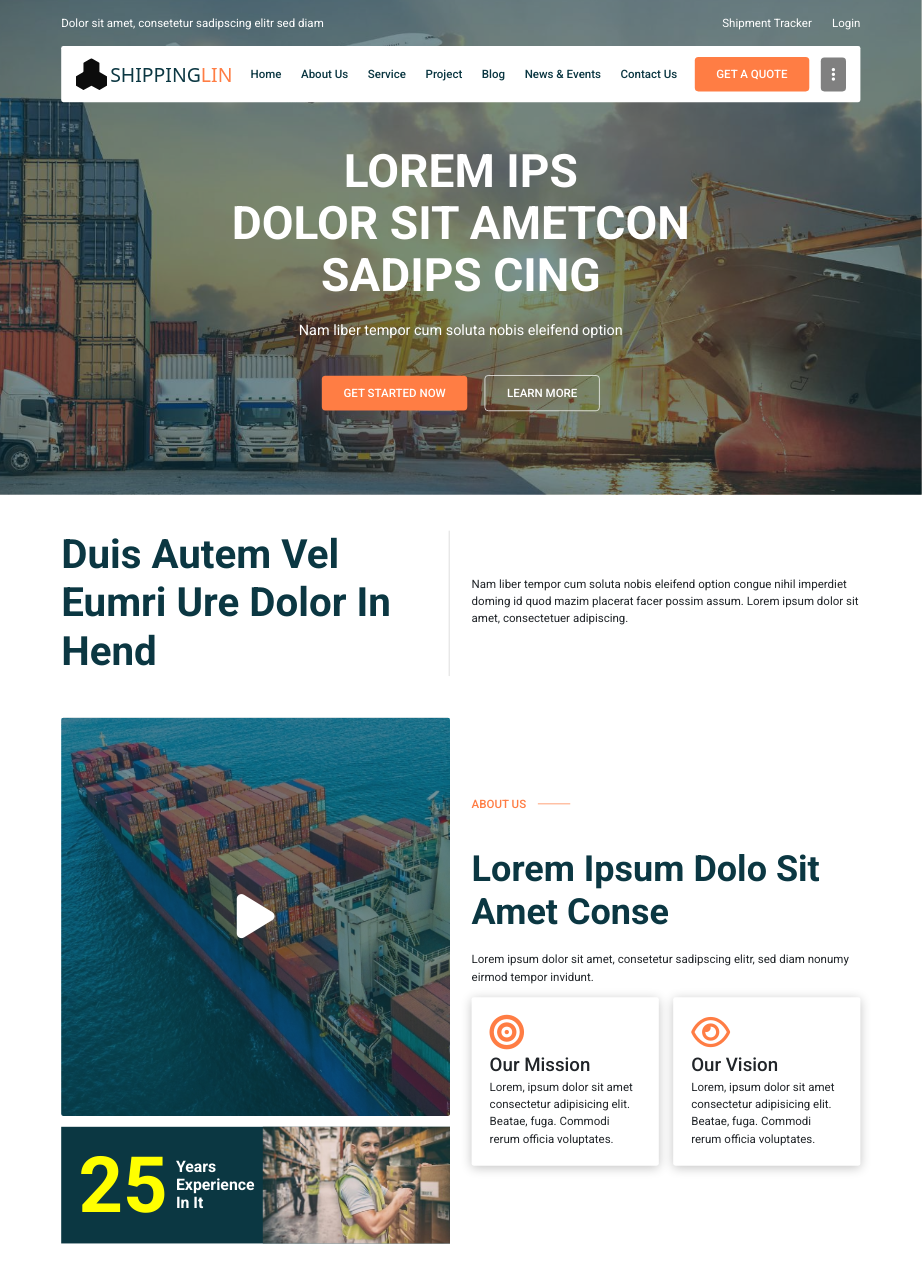
Repository: nazmulalok/shipping-template
Page: index.html
The author's editor kept a copy of each file at every save. The page is drawn from the files as they stood at one save, then again after the next save.
The browser window is 1280 px wide. The pictures show the whole page, at 72% of full size.
Some web libraries are served in a nearby version.

Above is the page before, as saved 2022-10-08 19:29:14.

### index.html
<!DOCTYPE html>
<html lang="en">

    <head>
        <meta charset="UTF-8">
        <meta http-equiv="X-UA-Compatible" content="IE=edge">
        <meta name="viewport" content="width=device-width, initial-scale=1.0">
        <link rel="preconnect" href="https://fonts.googleapis.com">
        <link rel="preconnect" href="https://fonts.gstatic.com" crossorigin>
        <link
            href="https://fonts.googleapis.com/css2?family=Roboto:ital,wght@0,300;0,400;0,500;0,700;0,900;1,300;1,400;1,500;1,700;1,900&display=swap"
            rel="stylesheet">
        <link rel="stylesheet" href="https://cdnjs.cloudflare.com/ajax/libs/font-awesome/6.2.0/css/all.min.css"
            integrity="sha512-xh6O/CkQoPOWDdYTDqeRdPCVd1SpvCA9XXcUnZS2FmJNp1coAFzvtCN9BmamE+4aHK8yyUHUSCcJHgXloTyT2A=="
            crossorigin="anonymous" referrerpolicy="no-referrer" />
        <link rel="stylesheet" href="https://cdn.jsdelivr.net/npm/bootstrap@4.0.0/dist/css/bootstrap.min.css"
            integrity="sha384-Gn5384xqQ1aoWXA+058RXPxPg6fy4IWvTNh0E263XmFcJlSAwiGgFAW/dAiS6JXm" crossorigin="anonymous">
        <link rel="stylesheet" href="style.css">
        <title>Document</title>
    </head>

    <body>
        <header class="header-top">
            <div class="container">
                <div class="top-bar">
                    <p class="m-0">Dolor sit amet, consetetur sadipscing elitr sed diam</p>
                    <div>
                        <span class="mr-4">Shipment Tracker</span>
                        <span>Login</span>
                    </div>
                </div>
                <div class="header-area">
                    <div class="logo">
                        <img src="images/box.svg" alt="Logo Box" class="me-2">
                        <img src="images/shipping-logo.svg" alt="Shipping Logo">
                    </div>
                    <nav>
                        <ul>
                            <li><a href="#">Home</a></li>
                            <li><a href="#">About Us</a></li>
                            <li><a href="#">Service</a></li>
                            <li><a href="#">Project</a></li>
                            <li><a href="#">Blog</a></li>
                            <li><a href="#">News & Events</a></li>
                            <li><a href="#">Contact Us</a></li>
                        </ul>
                    </nav>
                    <div class="nav-btn">
                        <a class="common-btn mr-3" href="#">Get A Quote</a>
                        <i class="fa-solid fa-ellipsis-vertical"></i>
                    </div>
                </div>
            </div>
        </header>
        <!-- Slider -->
        <section>
            <div class="main-slider">
                <div class="container">
                    <div class="slide-content">
                        <div class="slide-text">
                            <div class="slider-title mb-4">Lorem ips<br>
                                dolor sit ametcon<br>
                                sadips cing</div>
                            <p>Nam liber tempor cum soluta nobis eleifend option</p>
                            <div class="sliderBtn mt-5"><a class="common-btn mr-4" href="#">Get Started Now</a><a
                                    class="common-btn outline-btn" href="#">Learn More</a></div>
                        </div>
                    </div>
                </div>
            </div>
        </section>
        <!-- Slider Ends -->
        <div class="common-sec">
            <div class="container">
                <div class="row align-items-center">
                    <div class="col-lg-6">
                        <h1 class="border-heading">Duis Autem Vel Eumri
                            Ure Dolor In Hend</h1>
                    </div>
                    <div class="col-lg-6">
                        <p class="ms-4">Nam liber tempor cum soluta nobis eleifend option congue nihil imperdiet doming
                            id quod mazim
                            placerat facer possim assum. Lorem ipsum dolor sit amet, consectetuer adipiscing.</p>
                    </div>
                </div>
                <div class="row align-items-center mt-5">
                    <div class="col-lg-6">
                        <div class="video-box img-box img-shadow">
                            <img src="images/ship-products.jpg" alt="Ship Products" />
                            <a data-fancybox="" href="" class="video-btn">
                                <i class="fa fa-play"></i>
                            </a>
                        </div>
                        <div class="exp-section">
                            <div class="exp-title ml-4">
                                25
                            </div>
                            <div class="exp-paragraph">
                                Years <br>Experience <br>In It
                            </div>
                            <img src="images/exp-bg.png" alt="Experience">
                        </div>
                    </div>
                    <div class="col-lg-6">
                        <span class="sp-title">About Us</span>
                        <h2 class="mb-4">Lorem Ipsum Dolo
                            Sit Amet Conse</h2>
                        <p>Lorem ipsum dolor sit amet, consetetur sadipscing elitr, sed diam nonumy eirmod tempor
                            invidunt.</p>
                        <div class="boxes">
                            <div class="common-box">
                                <div class="content">
                                    <i class="fa-solid fa-bullseye"></i>
                                    <div class="box-title">
                                        Our Mission
                                    </div>
                                    <p>Lorem, ipsum dolor sit amet consectetur adipisicing elit. Beatae, fuga. Commodi
                                        rerum
                                        officia voluptates.</p>
                                </div>
                            </div>
                            <div class="common-box">
                                <div class="content">
                                    <i class="fa-regular fa-eye"></i>
                                    <div class="box-title">
                                        Our Vision
                                    </div>
                                    <p>Lorem, ipsum dolor sit amet consectetur adipisicing elit. Beatae, fuga. Commodi
                                        rerum
                                        officia voluptates.</p>
                                </div>
                            </div>
                        </div>
                    </div>
                </div>
            </div>
        </div>














        <script src="https://code.jquery.com/jquery-3.2.1.slim.min.js"
            integrity="sha384-KJ3o2DKtIkvYIK3UENzmM7KCkRr/rE9/Qpg6aAZGJwFDMVNA/GpGFF93hXpG5KkN"
            crossorigin="anonymous"></script>
        <script src="https://cdn.jsdelivr.net/npm/popper.js@1.12.9/dist/umd/popper.min.js"
            integrity="sha384-ApNbgh9B+Y1QKtv3Rn7W3mgPxhU9K/ScQsAP7hUibX39j7fakFPskvXusvfa0b4Q"
            crossorigin="anonymous"></script>
        <script src="https://cdn.jsdelivr.net/npm/bootstrap@4.0.0/dist/js/bootstrap.min.js"
            integrity="sha384-JZR6Spejh4U02d8jOt6vLEHfe/JQGiRRSQQxSfFWpi1MquVdAyjUar5+76PVCmYl"
            crossorigin="anonymous"></script>
    </body>

</html>

### style.css
/* Common CSS Starts*/
*,
*::before,
*::after {
    box-sizing: border-box;
    margin: 0;
    padding: 0;
}

html {
    scroll-behavior: smooth;
}

:root {
    --main-color: #FF7D44;
    --secondary-color: #0B3742;
    --tertiary-color: #FFFFFF;
}

body {
    font-family: 'Roboto', sans-serif;
}

a.white-space {
    white-space: nowrap;
}

/* Common CSS Ends */

/* slider style starts */

.main-slider>* {
    z-index: 10;
}

.main-slider {
    background: url(images/shipping-banner.jpg);
    height: 700px;
    width: 100%;
    background-size: cover;
    background-repeat: no-repeat;
    background-position: center;
    position: relative;
    display: flex;
    align-items: center;
    transition: all 1s;
    margin-top: -155px;
    z-index: 50;
}

.main-slider:before {
    content: '';
    width: 100%;
    height: 100%;
    top: 0;
    left: 0;
    position: absolute;
    background-color: rgb(11 55 66 / 55%);
    z-index: 1;
}

.slide-content {
    text-align: center;
}

.slide-text {
    color: var(--tertiary-color);
    padding-top: 100px;
}

.slider-title {
    font-size: 4rem;
    font-weight: 600;
    line-height: 4.5rem;
    text-transform: uppercase;
}

.slide-text p {
    font-size: 20px;
}

a.common-btn {
    display: inline-block;
    text-decoration: none;
    color: var(--tertiary-color);
    background: var(--main-color);
    padding: 12px 30px;
    border-radius: 5px;
    font-size: 16px;
    font-weight: 500;
    text-transform: uppercase;
    transition: all 1s ease;
}

a.common-btn:hover {
    background: var(--tertiary-color);
    color: var(--secondary-color);
}

a.common-btn.outline-btn {
    background: transparent !important;
    border: 1px solid var(--tertiary-color);
}

a.common-btn.outline-btn:hover {
    background: var(--tertiary-color) !important;
}

/* Header style starts */

.header-top {
    z-index: 100;
    background: transparent;
    position: relative;
}

.top-bar,
.header-area {
    display: flex;
    justify-content: space-between;
    align-items: center;
    color: var(--tertiary-color);
}

.top-bar {
    padding: 20px 0px;
}

.header-area {
    background: var(--tertiary-color);
    padding: 15px 20px;
    border-radius: 3px;
}

nav ul {
    list-style-type: none;
    color: var(--secondary-color);
    display: flex;
    gap: 1.7rem;
    margin: 0;
}

nav ul a {
    color: var(--secondary-color);
    text-decoration: none;
    font-size: 16px;
    font-weight: 500;
    transition: all 0.5s;
}

nav ul a:hover {
    color: var(--main-color);
    transition: all 0.5s;
}

.nav-btn {
    align-items: center;
    display: flex;
}

.nav-btn i {
    color: var(--tertiary-color);
    font-size: 21px;
    background: gray;
    padding: 13px 15px;
    border-radius: 5px;
}

/* Headings Styles */

h1 {
    font-size: 56px;
}

h2 {
    font-size: 50px;
}

h3 {
    font-size: 44px;
}

h4 {
    font-size: 38px;
}

h5 {
    font-size: 32px;
}

h6 {
    font-size: 26px;
}

h1,
h2,
h3,
h4,
h5,
h6 {
    font-weight: 700;
    margin-bottom: 10px;
    color: var(--secondary-color);
}

/* Section Styles */

.py-50,
.common-sec {
    padding-top: 50px;
    padding-bottom: 50px;
}

.common-sec {
    position: relative;
    z-index: 0;
}

.common-sec:nth-child(even):before {
    content: "";
    position: absolute;
    width: 1000%;
    height: 100%;
    top: 50%;
    left: 50%;
    transform: translate(-50%, -50%);
    background-color: #f9f9f9;
    border-bottom: 1px solid #f6f6f6;
    z-index: -1;
}

/* Image box style */

.img-box {
    border-radius: 3px;
    transition: 0.5s;
    margin-bottom: 15px;
    text-align: center;
    position: relative;
}

.img-box img {
    border-radius: 3px;
}

.img-box:last-child {
    margin-bottom: 0;
}

figure.img-box img+figcaption {
    margin-top: 10px;
    text-align: left;
    padding: 10px;
    border-radius: 3px;
    box-shadow: -5px 5px 20px 0 rgb(0 0 0 / 5%);
}

.img-box.img-shadow:before {
    content: '';
    width: 100%;
    height: 100%;
    position: absolute;
    top: 0;
    left: 0;
    background-color: rgb(11 55 66 / 55%);
    border-radius: 3px;
}

/* Video Box */

.video-box {
    position: relative;
}

.video-box img {
    border-radius: 3px;
    width: 100%;
}

.video-btn {
    position: absolute;
    text-align: center;
    color: var(--tertiary-color);
    font-size: 30px;
    border: none;
    left: 50%;
    top: 50%;
    -webkit-transform: translate(-50%, -50%);
    transform: translate(-50%, -50%);
    display: flex;
    justify-content: center;
    align-items: center;
    text-decoration: none !important;
    box-shadow: none;
    transition: 0.5s;
}

.video-btn .fa-play {
    color: var(--tertiary-color);
    position: relative;
    z-index: 99;
    -webkit-transition: color 0.5s;
    transition: 0.5s;
    text-decoration: none;
    line-height: 80px;
    font-size: 70px;
}

.video-btn:hover {
    color: inherit;
}

.video-btn:hover .fa-play {
    color: var(--main-color);
}

.video-btn:before,
.video-btn:after {
    display: none;
}

/* Common Box Styles */

.common-box {
    box-shadow: rgb(0 0 0 / 24%) 0px 3px 15px;
    height: 100%;
    background-color: #fff;
    border-radius: 3px;
    transition: all 0.5s ease;
}

.common-box>.img-box {
    margin-bottom: 0;
}

.common-box .common-heading:last-child,
.common-box p:last-child,
.common-box ul:last-child,
.common-box ul:last-child li:last-child,
.common-box .img-box:last-child {
    margin-bottom: 0;
}

.common-box>.content {
    padding: 25px;
}

/* Other CSS Starts */

.border-heading {
    border-right: 2px solid #E8E8E8;
}

.sp-title {
    display: flex;
    text-transform: uppercase;
    color: var(--main-color);
    font-weight: 500;
    align-items: center;
    margin-bottom: 3rem;
}

.sp-title:after {
    content: '';
    width: 20px;
    height: 1px;
    background: var(--main-color);
    flex: 0.1;
    margin-left: 1rem;
}

.boxes {
    display: grid;
    grid-template-columns: 1fr 1fr;
    grid-gap: 20px;
}

.common-box i {
    color: var(--main-color);
    font-size: 48px;
}

.common-box .box-title {
    font-size: 26px;
    font-weight: 500;
}

.common-box:hover {
    background-color: var(--main-color);
    color: var(--tertiary-color);
    transition: all 0.5s ease;
}

.common-box:hover i {
    color: var(--tertiary-color);
    transition: all 1s ease;
}

.exp-section {
    background: var(--secondary-color);
    display: flex;
    align-items: center;
    justify-content: space-between;
}

.exp-section .exp-title {
    color: #FFFF00;
    font-size: 108px;
    font-weight: 600;
}

.exp-section .exp-paragraph {
    color: var(--tertiary-color);
    font-size: 22px;
    font-weight: 600;
    line-height: normal;
}

.exp-section img {
    width: 260px;
}

After the next save:
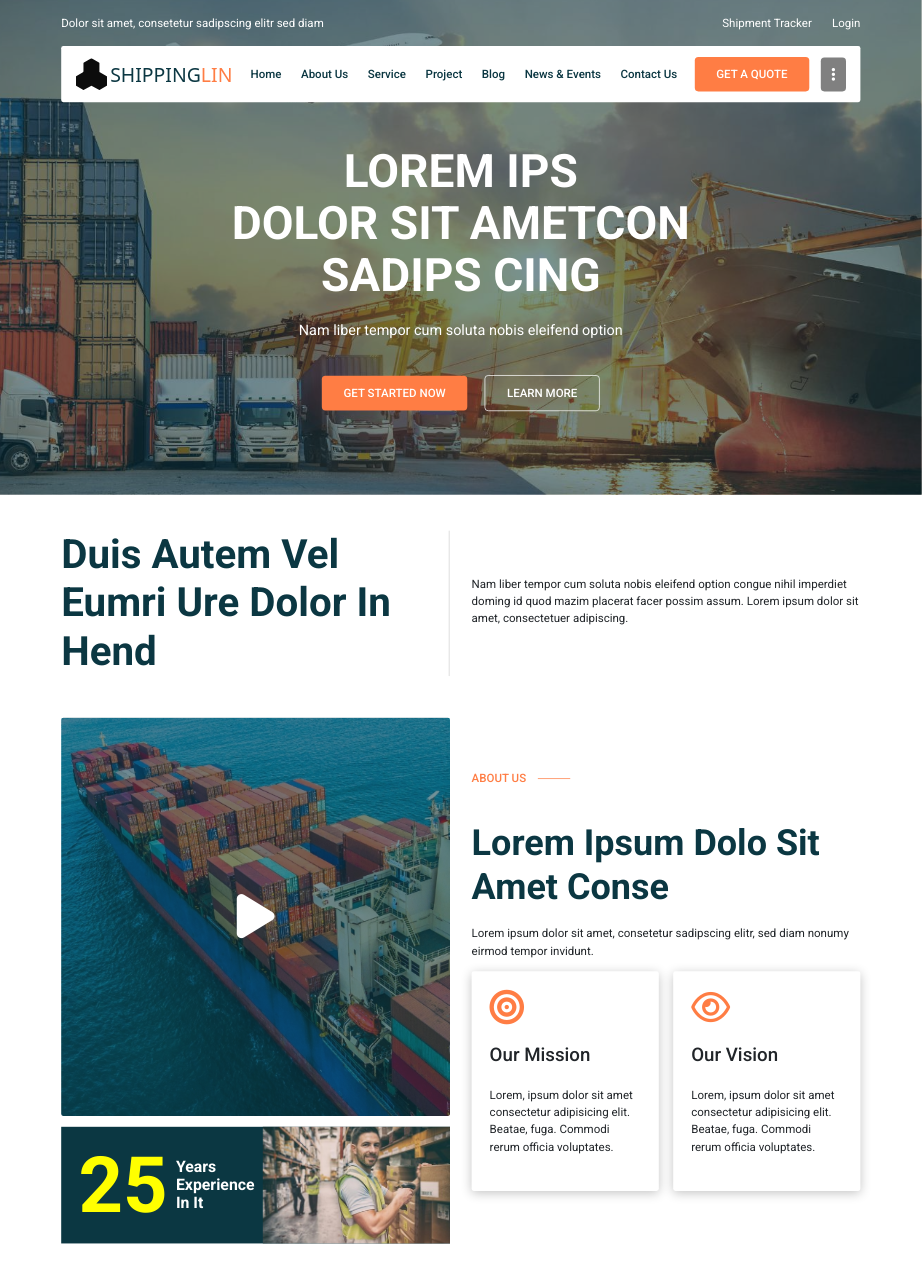
Saved 92 s later.
--- a/index.html
+++ b/index.html
@@ -110,22 +110,24 @@
                         <div class="boxes">
                             <div class="common-box">
                                 <div class="content">
-                                    <i class="fa-solid fa-bullseye"></i>
-                                    <div class="box-title">
+                                    <i class="fa-solid fa-bullseye mb-4"></i>
+                                    <div class="box-title mb-4">
                                         Our Mission
                                     </div>
-                                    <p>Lorem, ipsum dolor sit amet consectetur adipisicing elit. Beatae, fuga. Commodi
+                                    <p class="mb-4">Lorem, ipsum dolor sit amet consectetur adipisicing elit. Beatae,
+                                        fuga. Commodi
                                         rerum
                                         officia voluptates.</p>
                                 </div>
                             </div>
                             <div class="common-box">
                                 <div class="content">
-                                    <i class="fa-regular fa-eye"></i>
-                                    <div class="box-title">
+                                    <i class="fa-regular fa-eye mb-4"></i>
+                                    <div class="box-title mb-4">
                                         Our Vision
                                     </div>
-                                    <p>Lorem, ipsum dolor sit amet consectetur adipisicing elit. Beatae, fuga. Commodi
+                                    <p class="mb-4">Lorem, ipsum dolor sit amet consectetur adipisicing elit. Beatae,
+                                        fuga. Commodi
                                         rerum
                                         officia voluptates.</p>
                                 </div>
